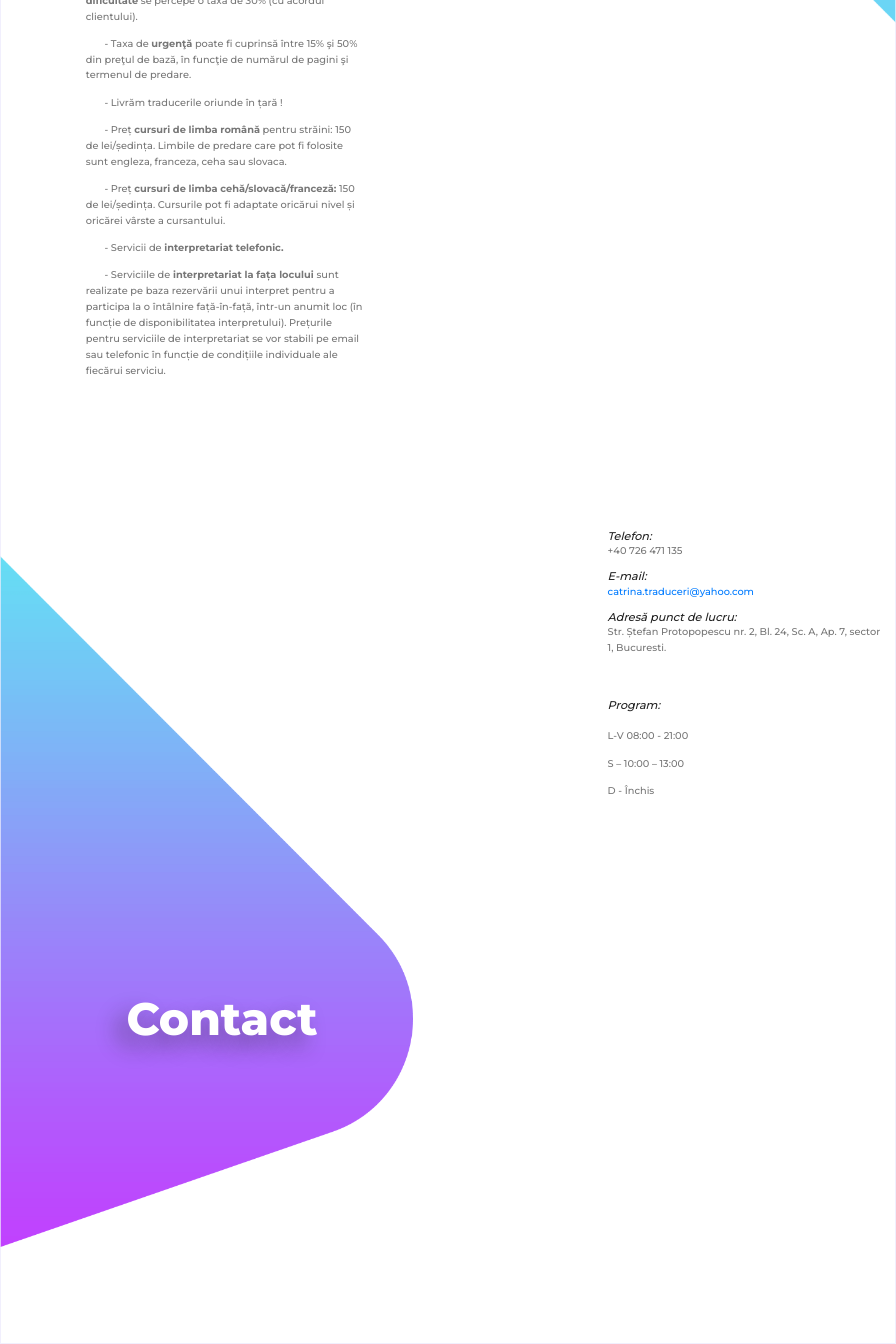
Repository: roscaImarius/site_traduceri
Page: index.html
An editor plug-in stored every save of this project. The page is shown before and after the next save, followed by the edit.
The browser window is 1280 px wide. The pictures show the part of the page from y = 4490 to 6410 px (the page is 6410 px tall), at 70% of full size.

Above is the page before, as saved 2022-03-22 03:40:37.

After the next save:
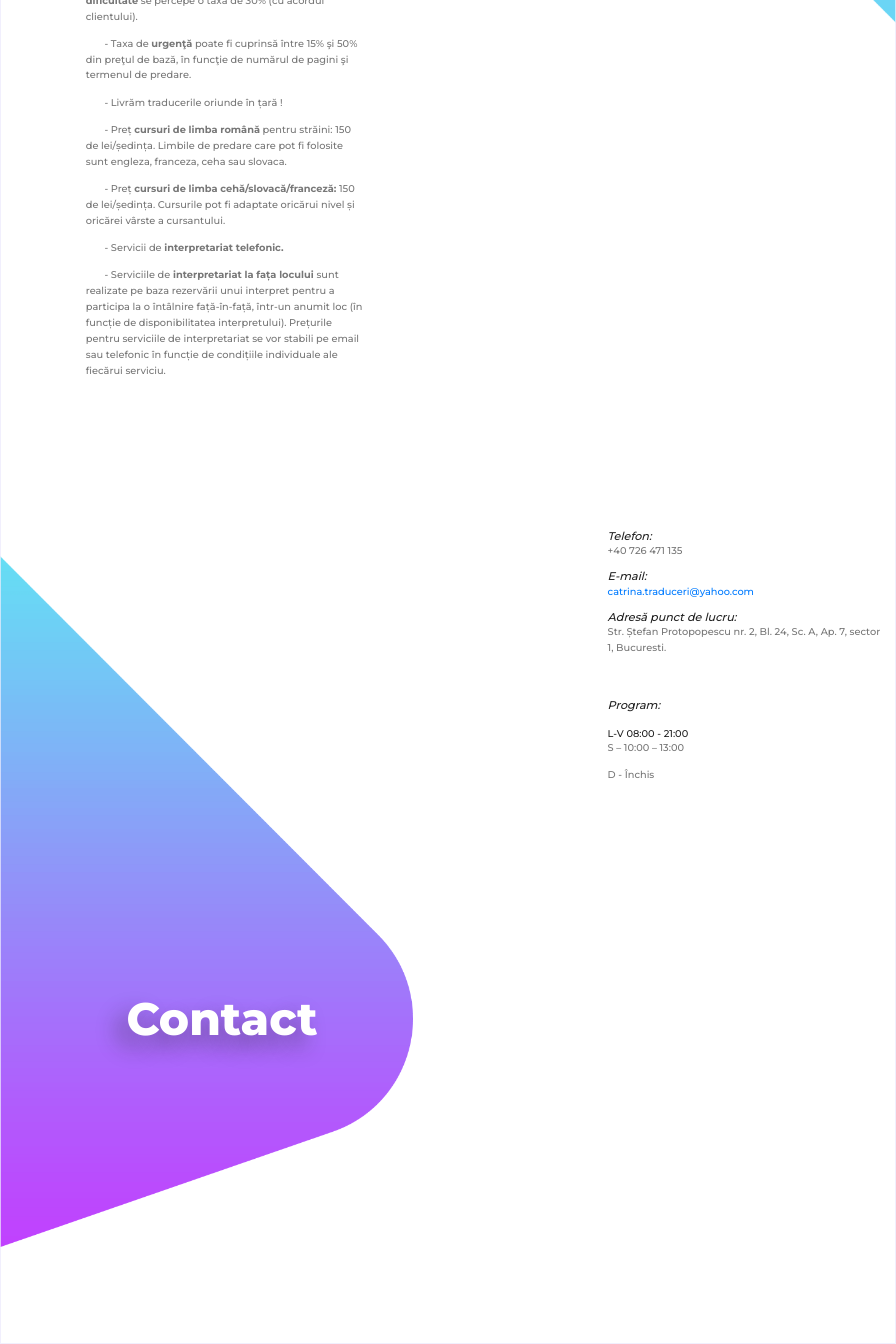
Saved 63 s later.
--- a/index.html
+++ b/index.html
@@ -363,7 +363,7 @@
               <br>
 
               <h5><i>Program:</i></h5><br>
-              <p>L-V 08:00 - 21:00 </p>
+              <h6>L-V 08:00 - 21:00 </h6>
               <p>S – 10:00 – 13:00</p>
               <p>D - Închis</p>
             </div>
